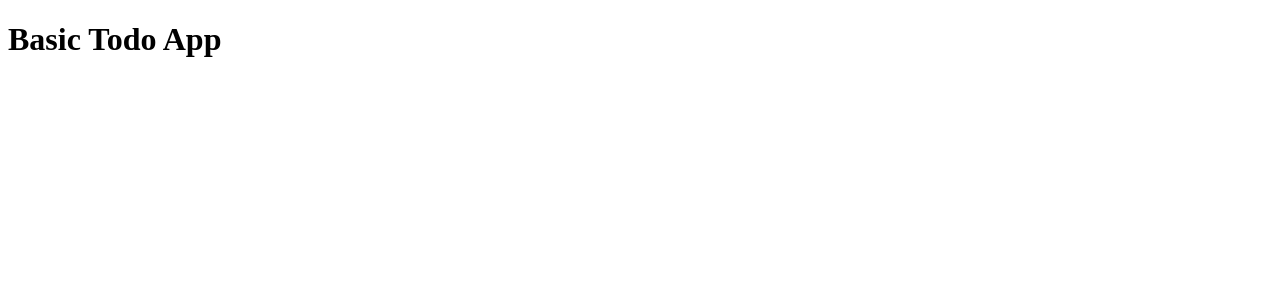
Repository: Kayla-amr/dgm_3760
Page: todoTemplate-W2/index.html
An editor plug-in stored every save of this project. The page is shown before and after a run of saves, followed by the edit.
The browser window is 1280 px wide. The pictures show the whole page.

Above is the page before, as saved 2022-10-05 13:28:46.

After the next 6 saves:
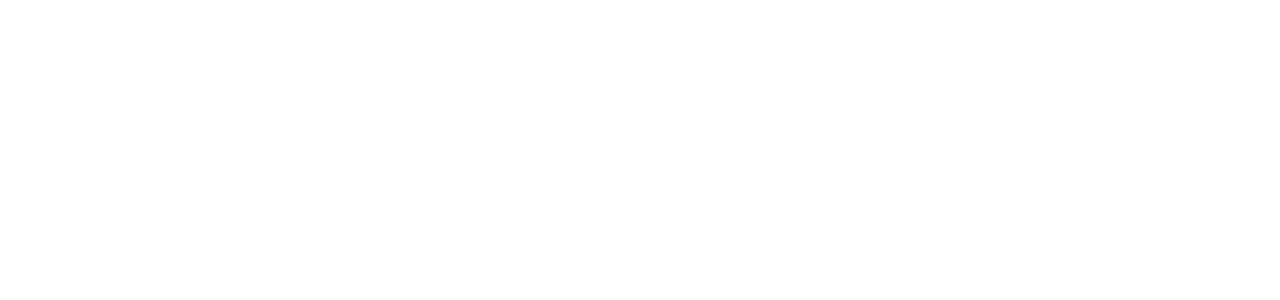
Console error: ReferenceError: input is not defined
The 6 saves are shown as one change because they came seconds apart.
The last was saved 82 s later.
--- a/todoTemplate-W2/src/index.js
+++ b/todoTemplate-W2/src/index.js
@@ -22,8 +22,7 @@
 appTitle.textContent = 'Basic Todo App'
 
 // view todos
-let myList = toDo.values
-document.createElement ('li')
+let newTask = input('new task')
 //add todos
 // let addTask = document.createElement('input');
 // addTask.type = 'new task';

After the 6 saves that followed:
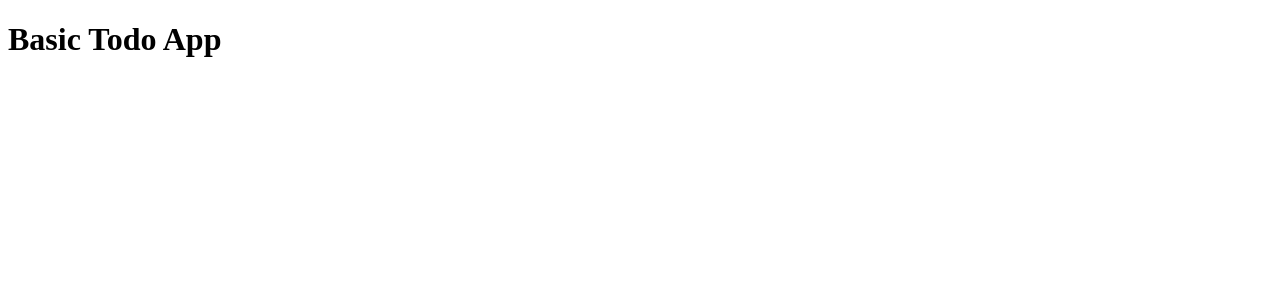
The error is gone.
The 6 saves are shown as one change because 3 left the picture as it was and some came seconds apart.
The last was saved 75 s later.
--- a/todoTemplate-W2/src/index.js
+++ b/todoTemplate-W2/src/index.js
@@ -22,7 +22,7 @@
 appTitle.textContent = 'Basic Todo App'
 
 // view todos
-let newTask = input('new task')
+document.querySelector('input')
 //add todos
 // let addTask = document.createElement('input');
 // addTask.type = 'new task';
